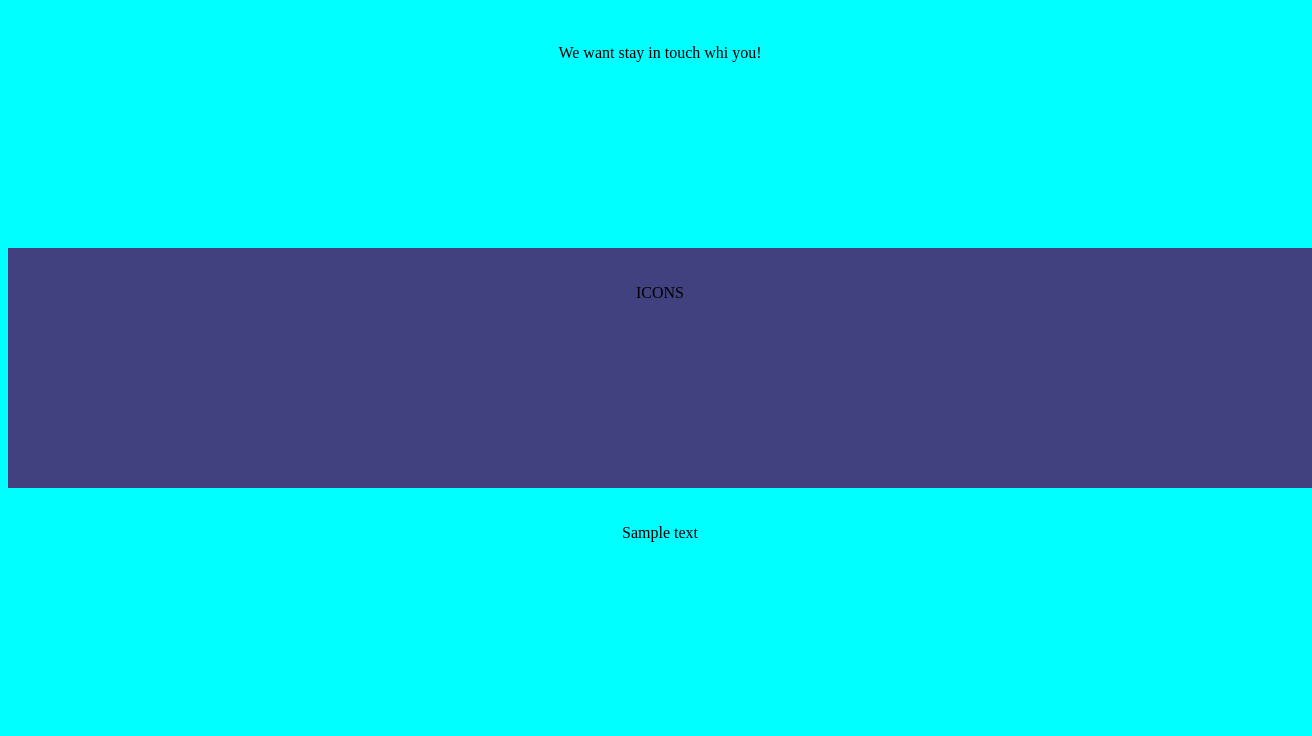
Repository: JhonMercedes/profile
Page: index.html
The author's editor kept a copy of each file at every save. The page is drawn from the files as they stood at one save, then again after the next save.
The browser window is 1280 px wide. The page is 1312 px wide, so the pictures cover 1312 px, including what lies to the right of the window. The pictures show the whole page.

Above is the page before, as saved 2021-12-08 02:01:44.

After the next save:
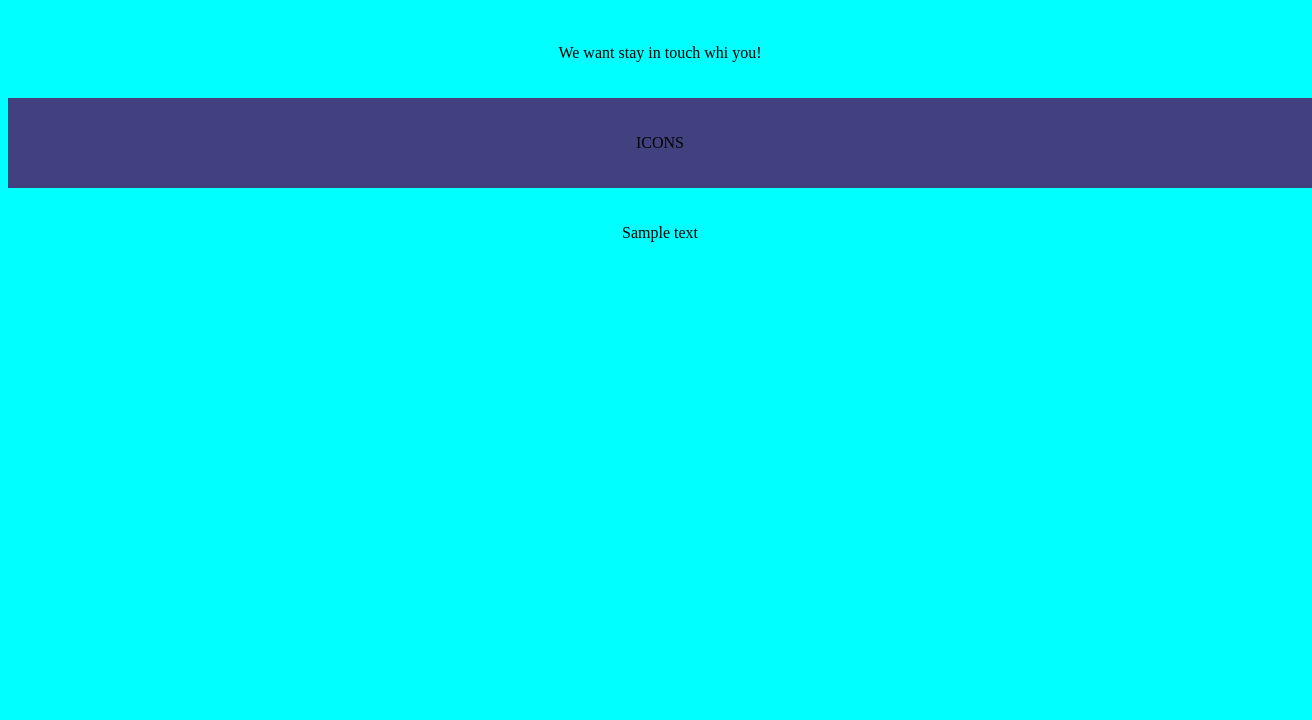
Saved 20 s later.
--- a/style.css
+++ b/style.css
@@ -4,7 +4,7 @@
 
 .container, .container2, .container3 {
     width: 100%;
-    height: 200px;
+    height: 50%;
     text-align: center;
     padding: 20px;
 }
